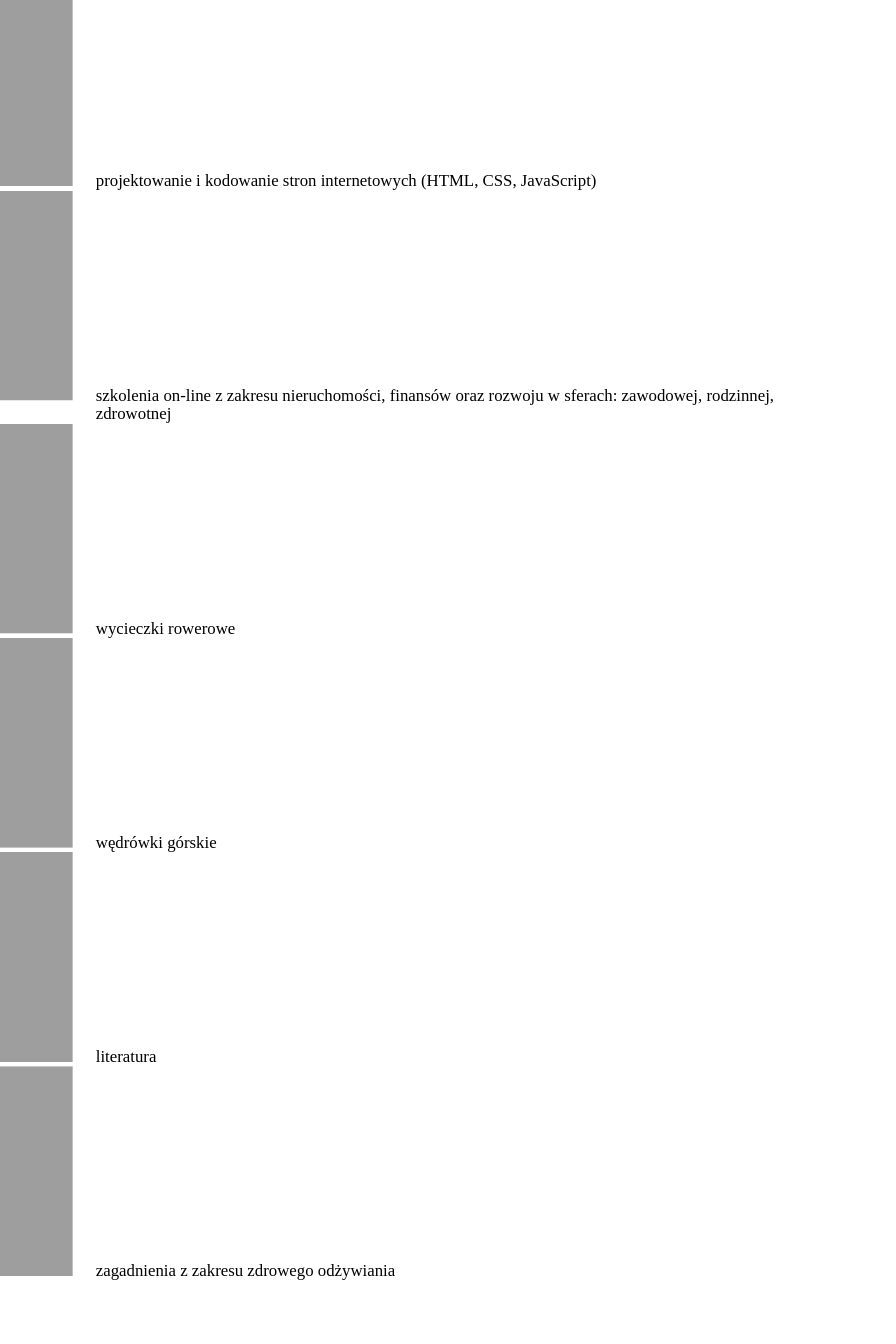
Repository: MagJaw/portfolio
Page: portfolio.html
The author's editor kept a copy of each file at every save. The page is drawn from the files as they stood at one save, then again after the next save.
The browser window is 1280 px wide. The pictures show the part of the page from y = 1253 to 3173 px (the page is 6850 px tall before and 6823 px after), at 70% of full size.
A picture or video elsewhere on the page could not be fetched, so the positions and the page height are approximate.

Above is the page before, as saved 2018-11-21 21:46:10.

### portfolio.html
<!DOCTYPE html>
<html lang="pl">
<head>
    <meta charset="UTF-8">
    <meta name="viewport" content="width=device-width, initial-scale=1.0">
    <meta http-equiv="X-UA-Compatible" content="ie=edge">
    <meta name="author" content="Magdalena Skopczyńska"/>
    <meta name="description" content="Portfolio - o mnie, zainteresowania, umiejętności, projekty">
    <link rel="stylesheet" href="main.css">
    <title>Portfolio</title>
</head>
<body>
    <div class="wrapper">
        <div id="section1"></div>
        <nav role="navigation" class="menu__container">
            <ul class="menu">
                <li class="menu__section">
                    <a href="#section1">Home</a>
                </li>
                <li class="menu__section">
                    <a href="#section2">O mnie</a>
                </li>
                <li class="menu__section">
                    <a href="#section3">Zainteresowania</a>
                </li>
                <li class="menu__section">
                    <a href="#section4">Umiejętności</a>
                </li>
                <li class="menu__section">
                    <a href="#section5">Projekty</a>
                </li>
            </ul>
        </nav>
        <main class="main">
            <div class="motto__container">
                <quote class="motto"><b>The best view comes after the hardest climb</b></quote>
            </div>
            <div id="section2">
                <h1 class="header__section">O mnie</h1>
                <div class="section2__img">
                    <img src="portret.jpg" class="my__photo">
                </div>
                <p class="history"> Nazywam się Magdalena Skopczyńska. Jestem absolwentką Wydziału Przedsiębiorczości i Towaroznastwa na Akademii Morskiej w Gdyni (obecnie Uniwersytet Morski) na kierunku Zarządzanie i Marketing. Od kilkunastu lat pracuję w dziale handlowym jednej z trójmiejskich firm deweloperskich. W poszukiwaniu nowych wyzwań i pasji zainteresowałam się tematyką projektowania i kodowania stron internetowych. Obecnie zgłębiam tajniki programowania na kursie Junior Front-End Developer prowadzonym przez <a target="_blank" href="https://infoshareacademy.com/" class="link"><b>infoShare Academy</b>.</a></p>
            </div>
            <div id="section3">
                <h1 class="header__section">Zainteresowania</h1>
                <ul>
                    <li class="item">projektowanie i kodowanie stron internetowych (HTML, CSS, JavaScript)</li>
                    <li class="item">szkolenia on-line z zakresu nieruchomości, finansów oraz rozwoju w sferach: zawodowej, rodzinnej, zdrowotnej</li>
                    <li class="item">wycieczki rowerowe</li>
                    <li class="item">wędrówki górskie</li>
                    <li class="item">literatura</li>
                    <li class="item">zagadnienia z zakresu zdrowego odżywiania</li>
                </ul>
            </div>
            <div id="section4">
                <h1 class="header__section">Umiejętności</h1>
                <ul>
                    <li class="item">analityczne myślenie</li>
                    <li class="item">wysokie poczucie odpowiedzialności za powierzone zadania</li>
                    <li class="item">umiejętność pracy w zespole</li>
                    <li class="item">znajomość technik sprzedażowych</li>
                    <li class="item">bardzo dobra znajomość języka angielskiego</li>
                    <li class="item">znajomość narzędzi pakietu Office</li>
                    <li class="item">podstawowa znajomość HTML, CSS, JavaScript</li>
                </ul>
            </div>
            <div id="section5">
                <h1 class="header__section">Projekty</h1>
                <ul>
                    <li class="item">portfolio</li>
                    <li class="item">projekty stworzone w trakcie kursu Junior Front-End Developer <a target="_blank" href="https://github.com/MagJaw" class="link">(<b>GitHub</b>)</a></li>
                </ul>
            </div>
        </main>
        <footer class="footer">
            <p class="footer__text">Autor: Magdalena Skopczyńska</p>
            <p class="footer__text">email: magdas@example.com</p>
            <a target="_blank" href="https://github.com/MagJaw" class="footer__icon">
                <img class="footer__img" src="https://img.icons8.com/ios/30/000000/github-filled.png" alt="GitHub">
            </a>
            <p class="footer__text">
                <a target="_blank" href="https://icons8.com" class="link">Icon pack by Icons8</a>
            </p>
        </footer>
    </div>
</body>
</html>

### main.css
html {
    font-size: 16px;
    scroll-behavior: smooth;
  }

.wrapper {
    max-width: 90%;
    margin: 0 auto;
}

#section1 {
    padding: 1vw;
}

/*stylowanie paska menu*/

.menu__container {
    background:  #333;
    z-index: 1;
    top: 0;
    left: 0;
    right: 0;
    height: auto;
    position: fixed;
    }

.menu {
    list-style-type: none;
    display: flex;
    padding: 0;
    margin: 0;
}

.menu__section {
    font-size: 1.5em;
    flex: 1 1 0;
}

.menu__section a {
    text-decoration: none;
    text-align: center;
    color: #fff;
    display: block;
    padding: 1vw;
}

.menu__section a:hover {
    background-color: #555;
}

/*stylowanie obrazka z mottem*/

.motto__container {
    background-image: url(tapeta.jpg);
    background-size: cover;
    opacity: 0.9;
    width: 100%;
    height: 48vw;
    display: table;
}

.motto {
    font-size: 3.5em;
    letter-spacing: 0.1em;
    font-style: italic;
    color: #fff;
    text-align: center;
    vertical-align: middle;
    display: table-cell;
    animation: pojawienie 4s ease 1 normal;
}

@keyframes pojawienie {

    0%
    {
        opacity: 0;
    }

    20%
    {
        opacity: 0.2;
    }
    40%
    {
        opacity: 0.4;
    }
    60%
    {
        opacity: 0.6;
    }
    80%
    {
        opacity: 0.8;
    }
    100%
    {
        opacity: 1;
    }

}

/*wspólne stylowanie sekcji, nagłówków sekcji i list w sekcjach*/

#section2,
#section3,
#section4,
#section5 {
    padding-top: 3vw;
}

.header__section {
    font-size: 2.5em;
    letter-spacing: 0.1em;
    border-bottom: 1px solid #555;
    margin-top: 1em;
    margin-bottom: 1em;
}

.item {
    font-size: 1.5em;
    list-style-image: url("https://img.icons8.com/color/25/000000/checkmark.png");
    padding-left: 2vw;
}

/*wspólne stylowanie linków*/

.link {
    text-decoration: none;
}

.link:hover {
    text-decoration: underline;
}

/*indywidualne stylowanie sekcji "O mnie"*/

#section2 {
    padding-bottom: 2vw;
    }

.section2__img {
    float: left;
    padding-right: 15px;
}

.my__photo {
    max-width: 100%;
    height: auto;
}

.history {
    font-size: 1.5em;
    text-align: justify;
}

/*indywidualne stylowanie sekcji "projekty"*/

#section5 {
    padding-bottom: 25vw;
    }

/*stylowanie stopki*/

.footer {
display: flex;
border-top: 1px solid #555;
align-items: center;
}

.footer__text,
.footer__icon {
    flex: 1 1 0;
    text-align: center;
}

.footer__text {
font-style: italic;
font-size: 1em;
}

/*media queries*/

@media screen and (max-width: 767px){

 /*stylowanie wielkości czcionek*/

.motto {
    font-size: 1.8em;
}

.header__section {
    font-size: 1.4em;
}

.menu__section{
    font-size: 0.7em;
}

.history,
.item {
    font-size: 1em;
}

.footer__text {
    font-size: 0.6em;
}

/*stylowanie sekcji "o mnie"*/

#section2 {
    padding-bottom: 0vw;
}

.section2__img {
    float: none;
    padding-right: 0;
    display: block;
    text-align: center;
    }

/*stylowanie elementów listy*/

.item {
list-style-image: url("https://img.icons8.com/color/15/000000/checkmark.png");
}

}

@media screen and (min-width: 1440px){

/*stylowanie wielkości czcionek*/

    .motto {
        font-size: 4.5em;
    }

    .header__section {
        font-size: 3.5em;
    }

    .menu__section,
    .history,
    .item {
        font-size: 2.5em;
    }

    .footer__text {
        font-size: 2em;
    }

/*stylowanie wielkości ikonki Github*/

    .footer__img {
        width: 50px;
        height: 50px;
    }

}

After the next save:
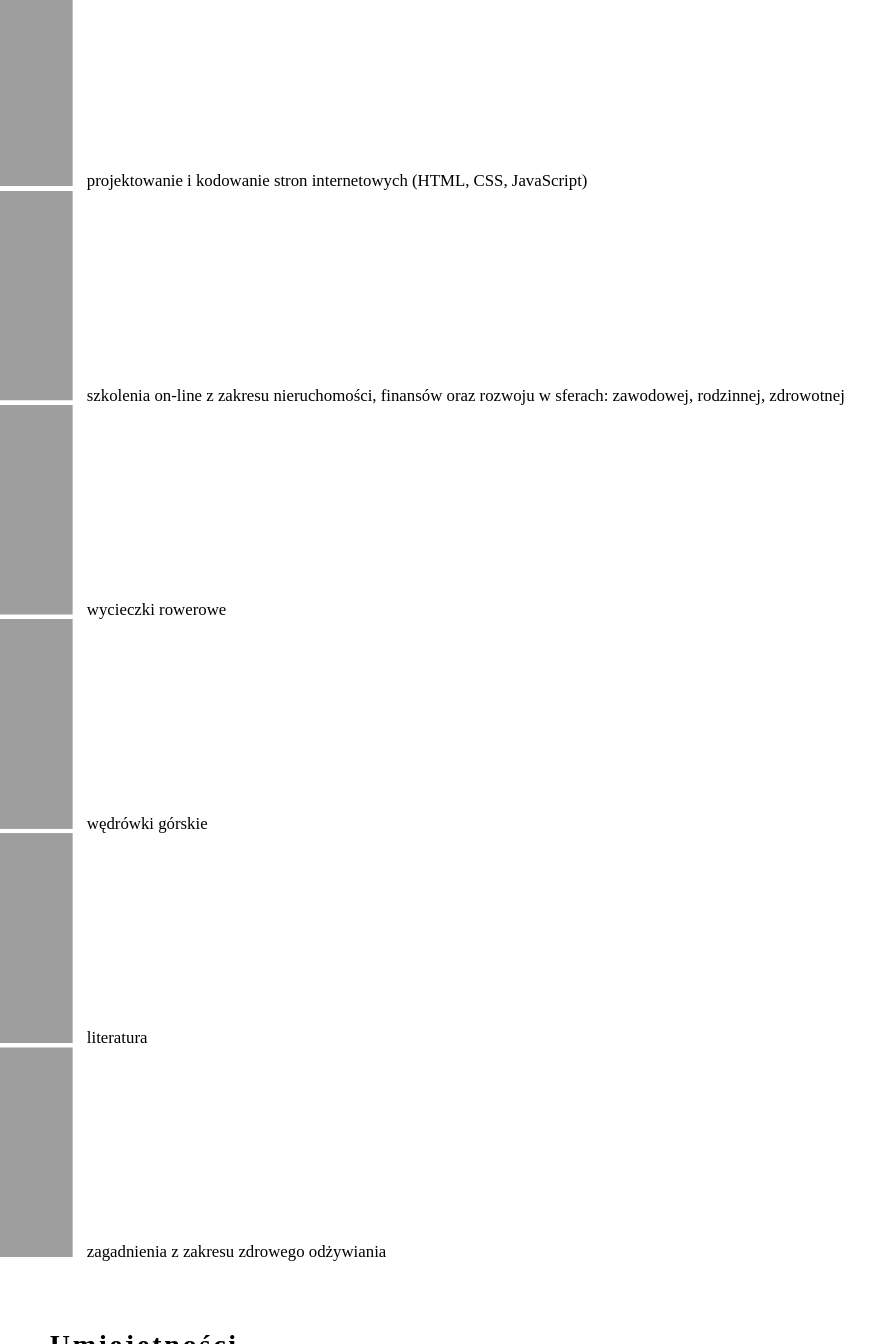
Saved 16 s later.
--- a/main.css
+++ b/main.css
@@ -120,7 +120,7 @@ html {
 .item {
     font-size: 1.5em;
     list-style-image: url("https://img.icons8.com/color/25/000000/checkmark.png");
-    padding-left: 2vw;
+    padding-left: 1vw;
 }
 
 /*wspólne stylowanie linków*/
